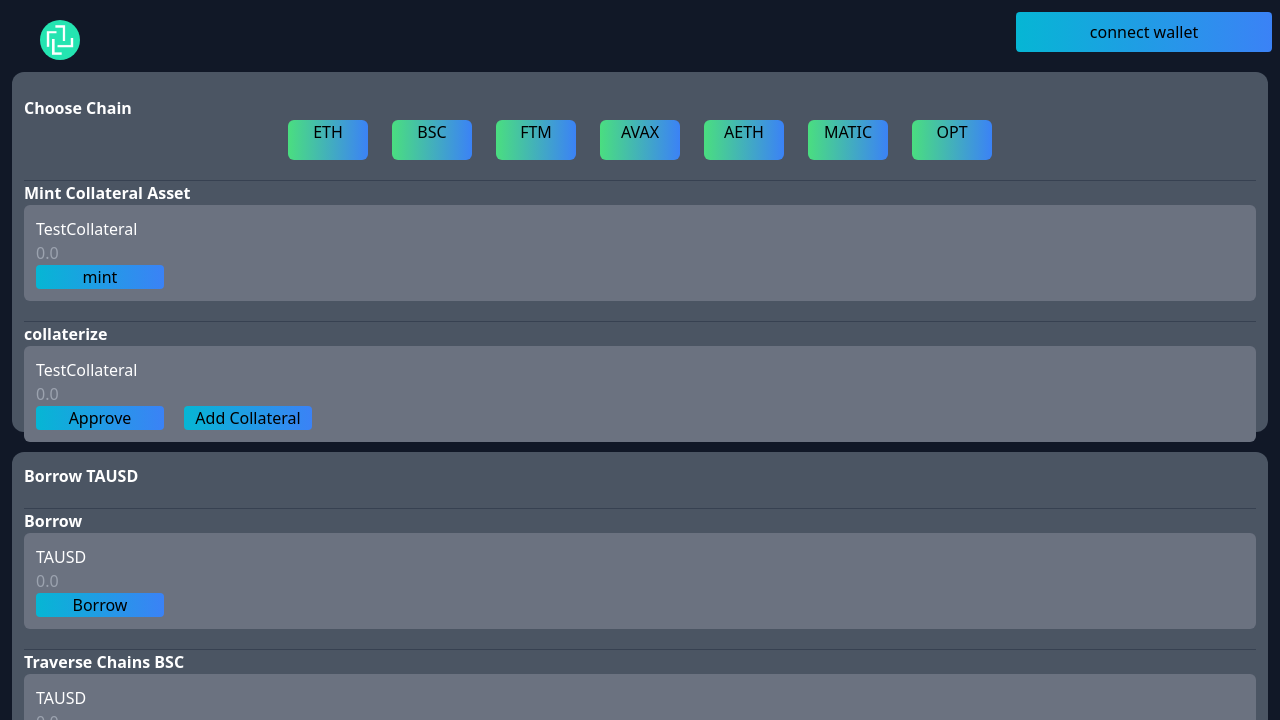
Repository: AstriaFinance/AstriaMvp
Page: /
The author's editor kept a copy of each file at every save. The page is drawn from the files as they stood at one save, then again after the next save.
The browser window is 1280 px wide. The pictures show the whole page.
An inner scrolling area shows only its first screen. The project was rebuilt for these pictures with package versions that can differ from the ones it lists, and the page was loaded fresh each time. Also part of the build but not shown: src/components/Nav.jsx, src/components/ErrorPage.jsx.

Above is the page before, as saved 2022-07-04 11:37:18.

After the next save:
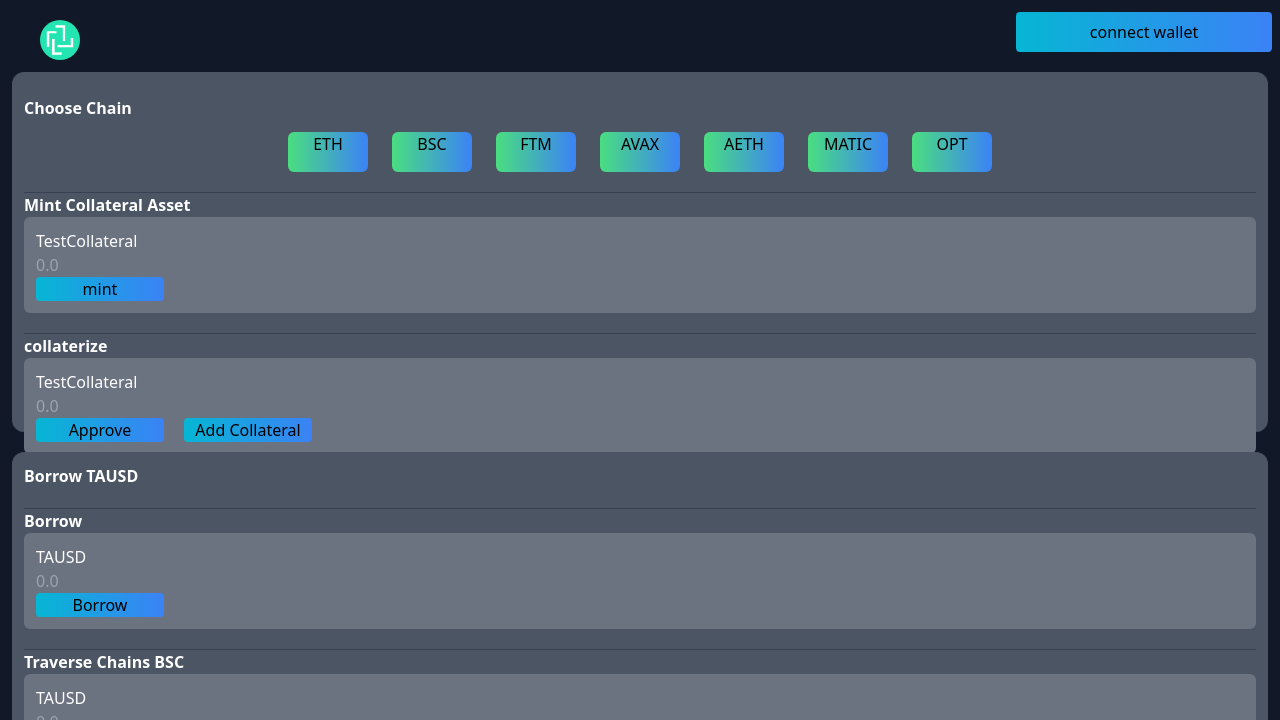
Saved 13 s later.
--- a/src/components/Home.jsx
+++ b/src/components/Home.jsx
@@ -176,7 +176,7 @@ const Home = () => {
         </button>
       </div>
       <div className="bg-gray-600 rounded-xl h-3/4 mx-3 my-3 p-3 md:h-1/2">
-        <h2 className="text-white mt-3 font-bold ">Choose Chain</h2>
+        <h2 className="text-white my-3 font-bold ">Choose Chain</h2>
         <div className="flex  overflow-x-auto text-center md:justify-center">
           <div className=" bg-gradient-to-r from-green-400 to-blue-500 rounded-md h-10 w-20 items-center    mx-3">
             ETH
